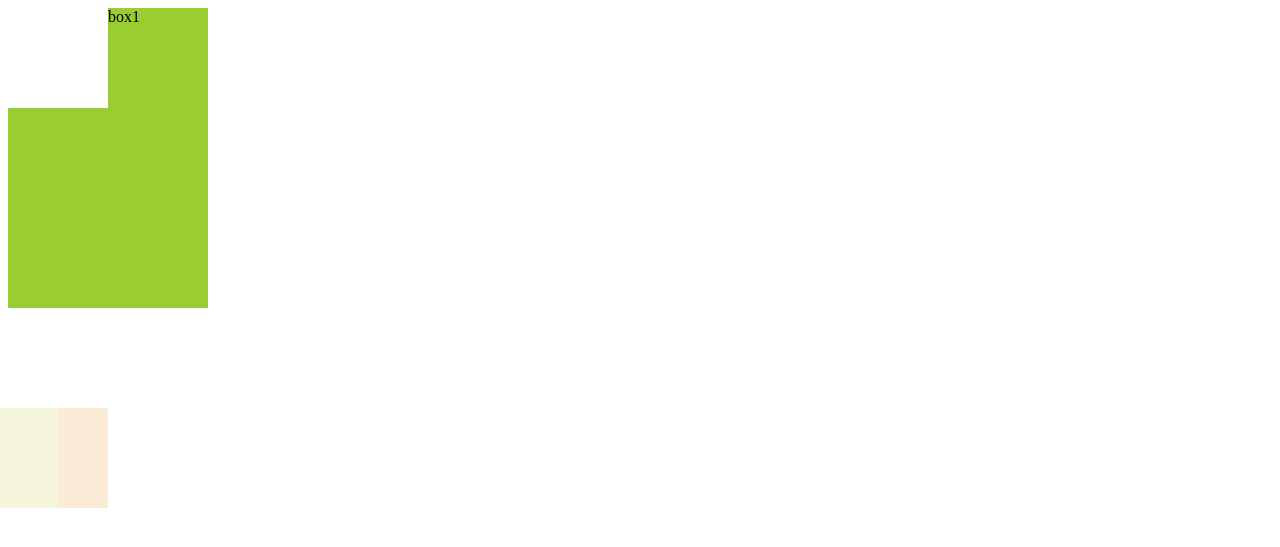
Repository: northpx/animation
Page: index.html
An editor plug-in stored every save of this project. The page is shown before and after a run of saves, followed by the edit.
The browser window is 1280 px wide. The pictures show the whole page.

Above is the page before, as saved 2022-12-19 19:29:25.

After the next 3 saves:
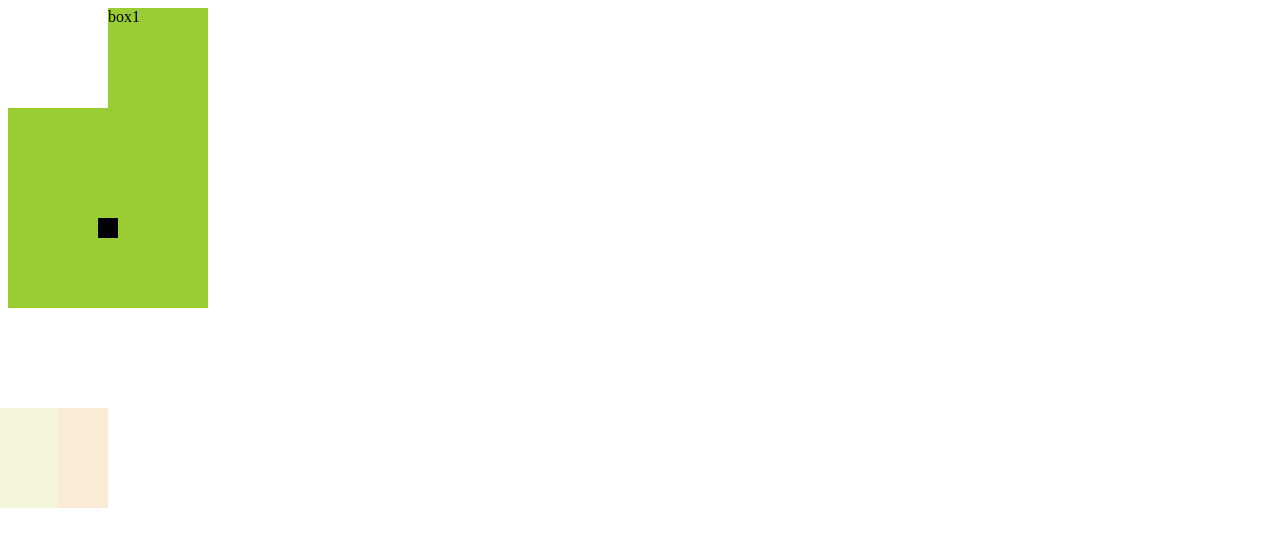
The 3 saves are shown as one change because they came seconds apart.
The last was saved 19 s later.
--- a/style.css
+++ b/style.css
@@ -36,9 +36,9 @@
     width: 20px;
     height: 20px;
     background-color: black;
-    top: -50%;
-    left: -50%;
-    transform: translate(-50%, -50%);
+    top: 50%;
+    left: 50%;
+    transform: translate(-50%, 50%);
 }
 
 .box3{
